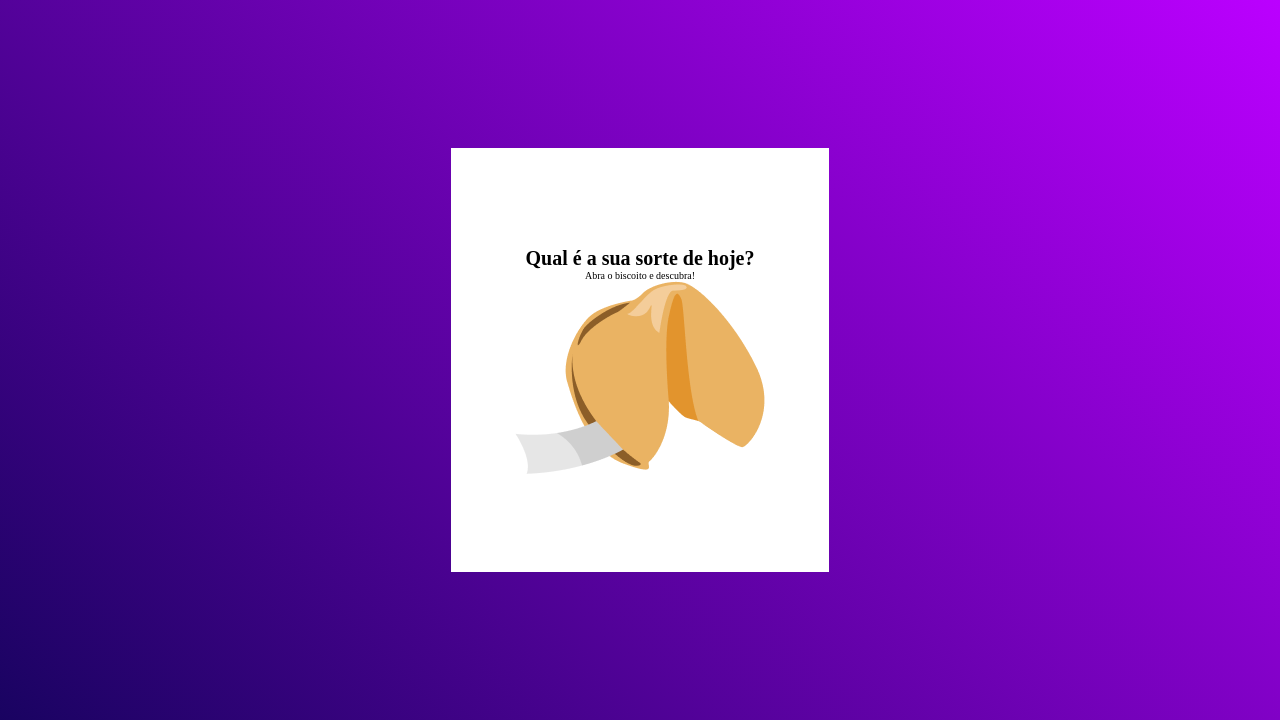
Repository: caueenrico/cookieCoach
Page: index.html
These files come from the project's save history. The page is drawn as it stood at one moment and after a run of saves; the edit follows.
The browser window is 1280 px wide. The pictures show the whole page.

Above is the page before, as saved 2023-06-27 16:07:47.

After the next 6 saves:
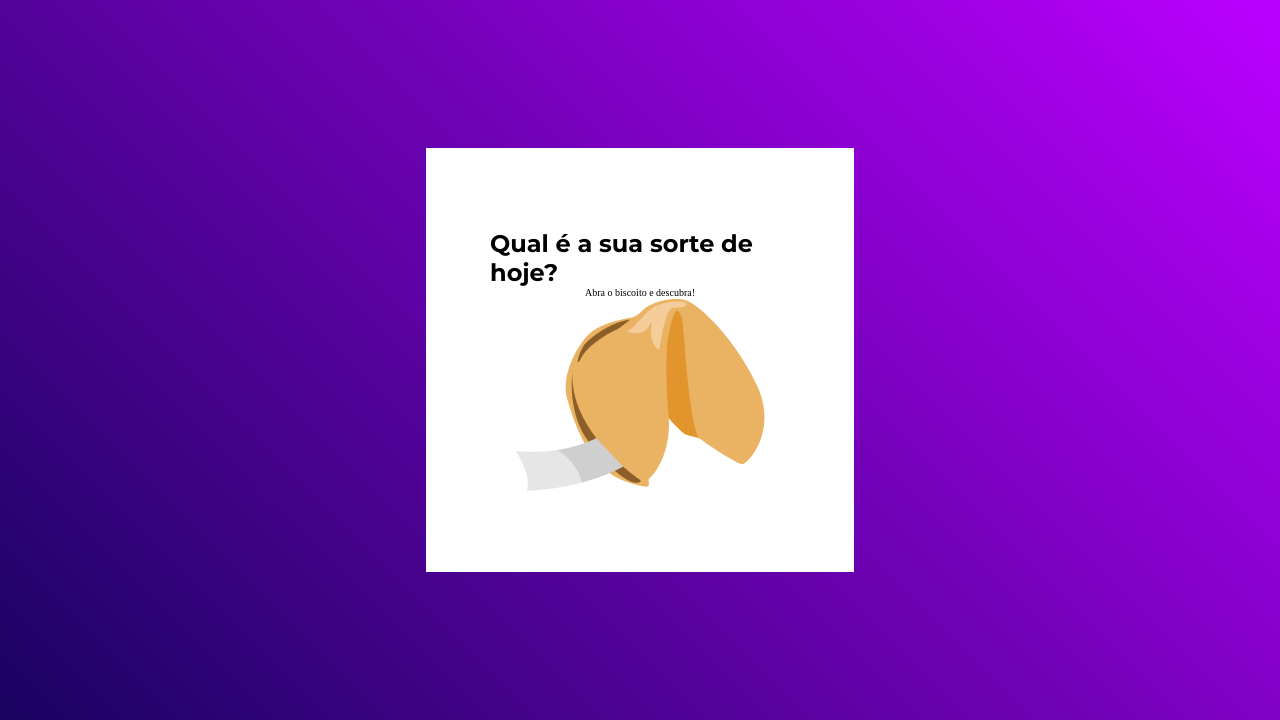
The 6 saves are shown as one change because they came seconds apart.
The last was saved 19 s later.
--- a/style.css
+++ b/style.css
@@ -40,5 +40,6 @@ main {
 }
 
 main h1 {
-  font-family: var();
+  font-family: var(--ff-heading);
+  font-size: var(--fs-heading);
 }
